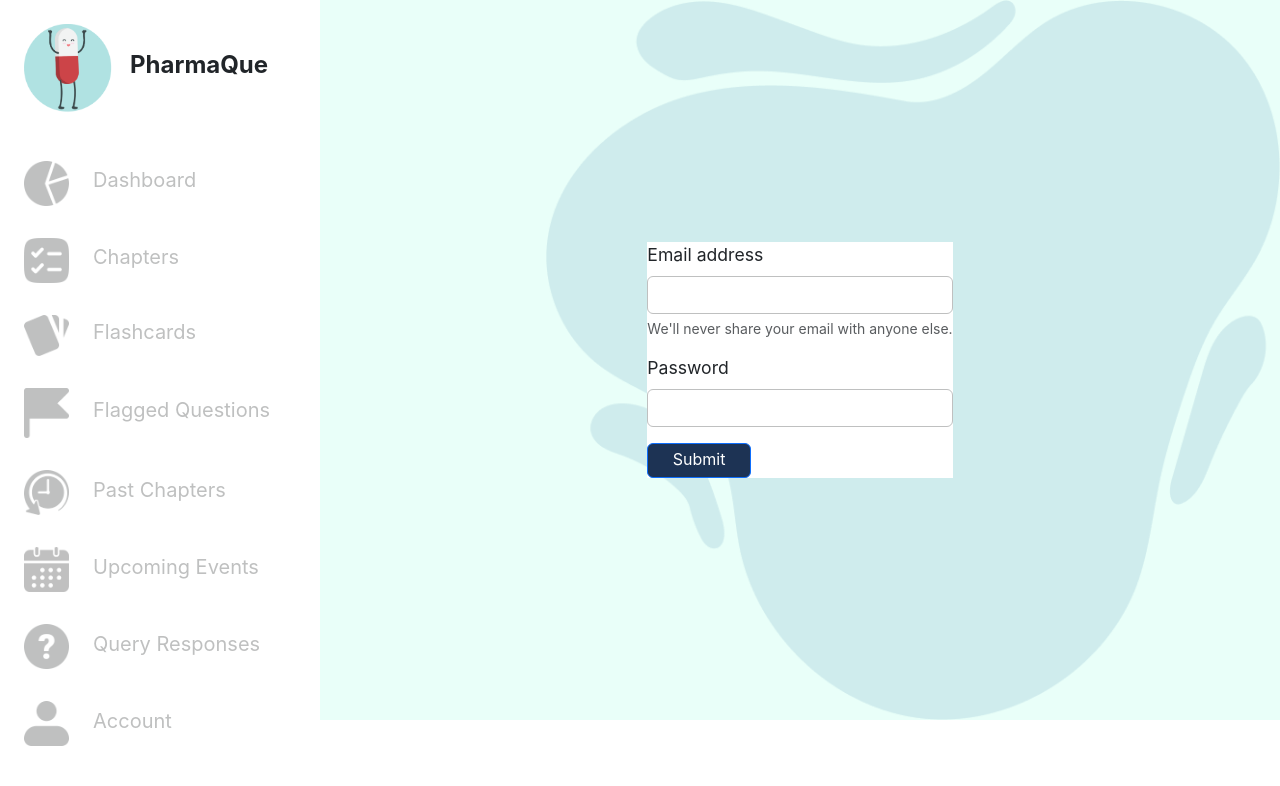
Repository: Kronium345/new_pharmaque_web_app
Page: /chat-room
An editor plug-in stored every save of this project. The page is shown before and after the next save, followed by the edit.
The browser window is 1280 px wide. The pictures show the whole page.
The page's requests for data from a server got no answer. The project was rebuilt for these pictures with package versions that can differ from the ones it lists, and the page was loaded fresh each time. No one was signed in, and anything a server would have sent is missing. Also part of the build but not shown: src/pages/Login.js, src/pages/MyAccount.js, src/pages/UpcomingEvents.js, src/pages/UpcomingEvents2.js, src/pages/Chapters.js, src/pages/Dashboard.js, src/pages/FlaggedQuestions.js, src/pages/FlashcardQuestion.js and 33 more.

Above is the page before, as saved 2024-03-10 21:40:25.

### public/index.html
<!DOCTYPE html>
<html lang="en">
  <head>
    <meta charset="utf-8" />
    <link rel="icon" type="image/x-icon" href="images/favicon.ico">
    <link href="https://cdn.jsdelivr.net/npm/bootstrap@5.3.2/dist/css/bootstrap.min.css" rel="stylesheet" integrity="sha384-T3c6CoIi6uLrA9TneNEoa7RxnatzjcDSCmG1MXxSR1GAsXEV/Dwwykc2MPK8M2HN" crossorigin="anonymous">
    <link href="style.css" rel="stylesheet">
    <meta name="viewport" content="width=device-width, initial-scale=1" />
    <meta name="theme-color" content="#000000" />
    <meta
      name="description"
      content="Web site created using create-react-app"
    />
    <link rel="apple-touch-icon" href="%PUBLIC_URL%/logo192.png" />
    <!--
      manifest.json provides metadata used when your web app is installed on a
      user's mobile device or desktop. See https://developers.google.com/web/fundamentals/web-app-manifest/
    -->
    <link rel="manifest" href="%PUBLIC_URL%/manifest.json" />
    <!--
      Notice the use of %PUBLIC_URL% in the tags above.
      It will be replaced with the URL of the `public` folder during the build.
      Only files inside the `public` folder can be referenced from the HTML.

      Unlike "/favicon.ico" or "favicon.ico", "%PUBLIC_URL%/favicon.ico" will
      work correctly both with client-side routing and a non-root public URL.
      Learn how to configure a non-root public URL by running `npm run build`.
    -->
    <title>PharmaQue Web App</title>
  </head>
  <body>
    <noscript>You need to enable JavaScript to run this app.</noscript>
    <div id="root"></div>
    <!--
      This HTML file is a template.
      If you open it directly in the browser, you will see an empty page.

      You can add webfonts, meta tags, or analytics to this file.
      The build step will place the bundled scripts into the <body> tag.

      To begin the development, run `npm start` or `yarn start`.
      To create a production bundle, use `npm run build` or `yarn build`.
    -->

    <script src = "script.js"></script>
  </body>
</html>

### src/App.js
import Login from "./pages/Login";
import MyAccount from "./pages/MyAccount";
import UpcomingEvents from "./pages/UpcomingEvents";
import UpcomingEvents2 from "./pages/UpcomingEvents2";
import Chapters from "./pages/Chapters";
import Dashboard from "./pages/Dashboard";
import FlaggedQuestions from "./pages/FlaggedQuestions";
import FlashcardQuestion from "./pages/FlashcardQuestion";
import Flashcards from "./pages/Flashcards";
import ForgotPassword from "./pages/ForgotPassword";
import ForgotPassword2 from "./pages/ForgotPassword2";
import ForgotPassword3 from "./pages/ForgotPassword3";
import ForgotPassword4 from "./pages/ForgotPassword4";
import ResetPassword from "./pages/ResetPassword";
import PastChapters from "./pages/PastChapters";
import QueryResponses from "./pages/QueryResponses";
import CardioQuestion from "./pages/CardioQuestion";
import Results from "./pages/Results";
import SignUp from "./pages/SignUp";
import SignUp2 from "./pages/SignUp2";
import SignUp3 from "./pages/SignUp3";
import SignUp4 from "./pages/SignUp4";
import SignUp5 from "./pages/SignUp5";
// import QuizView from './pages/QuizView/QuizView';
// import ScoreView from './pages/ScoreView/ScoreView';
// import PastChapters from "./pages/PastChapters";

import { BrowserRouter as Router, Route, Routes } from "react-router-dom";
import "./App.css";
import CNSQuestion from "./pages/CNSQuestion";
import InfectionQuestion from "./pages/InfectionQuestion";
import RespiratoryQuestion from "./pages/RespiratoryQuestion";
import EndocrineQuestion from "./pages/EndocrineQuestion";
import AnaesthesiaQuestion from "./pages/AnaesthesiaQuestion";
import SkinQuestion from "./pages/SkinQuestion";
import NBQuestion from "./pages/NBQuestion";
import OphthalmologyQuestion from "./pages/OphthalmologyQuestion";
import MDIQuestion from "./pages/MDIQuestion";
import OGUQuestion from "./pages/OGUQuestion";
import MSKQuestion from "./pages/MSKQuestion";
import IPVQuestion from "./pages/IPVQuestion";
import ChatRoom from "./pages/ChatRoom";

function App() {
  return (
    <Router>
      <Routes>
        <Route exact path="/" Component={Login} />
        <Route path="/myaccount" Component={MyAccount} />
        <Route path="/upcomingevents" Component={UpcomingEvents} />
        <Route path="/upcomingevents2" Component={UpcomingEvents2} />
        <Route path="/chapters" Component={Chapters} />
        <Route path="/dashboard" Component={Dashboard} />
        <Route path="/flaggedquestions" Component={FlaggedQuestions} />
        <Route path="/flashcardquestion" Component={FlashcardQuestion} />
        <Route path="/flashcards" Component={Flashcards} />
        <Route path="/forgotpassword" Component={ForgotPassword} />
        <Route path="/forgotpassword2" Component={ForgotPassword2} />
        <Route path="/forgotpassword3" Component={ForgotPassword3} />
        <Route path="/forgotpassword4" Component={ForgotPassword4} />
        <Route path="/resetpassword/:token" Component={ResetPassword} />
        <Route path="/pastchapters" Component={PastChapters} />
        <Route path="/queryresponses" Component={QueryResponses} />
        <Route path="/cardioquestion" Component={CardioQuestion} />
        <Route path="/cnsquestion" Component={CNSQuestion} />
        <Route path="/infectionquestion" Component={InfectionQuestion} />
        <Route path="/respiratoryquestion" Component={RespiratoryQuestion} />
        <Route path="/endocrinequestion" Component={EndocrineQuestion} />
        <Route path="/anaesthesiaquestion" Component={AnaesthesiaQuestion} />
        <Route path="/skinquestion" Component={SkinQuestion} />
        <Route path="/nbquestion" Component={NBQuestion} />
        <Route
          path="/ophthalmologyquestion"
          Component={OphthalmologyQuestion}
        />
        <Route path="/mdiquestion" Component={MDIQuestion} />
        <Route path="/oguquestion" Component={OGUQuestion} />
        <Route path="/mskquestion" Component={MSKQuestion} />
        <Route path="/ipvquestion" Component={IPVQuestion} />
        <Route path="/results" Component={Results} />
        <Route path="/signup" Component={SignUp} />
        <Route path="/signup2" Component={SignUp2} />
        <Route path="/signup3" Component={SignUp3} />
        <Route path="/signup4" Component={SignUp4} />
        <Route path="/signup5" Component={SignUp5} />
        <Route path="/chat-room" Component={ChatRoom} />
      </Routes>
    </Router>
  );
}

export default App;

### src/pages/ChatRoom.js
// import React from "react";
// import "./chatRoom.scss";

// export default function ChatRoom() {
//   return (
//     <div class="chat">
//       <div class="contact bar">
//         <div class="name">Tony Stark</div>
//         <div class="seen">Today at 12:56</div>
//       </div>
//       <div class="messages" id="chat">
//         {/* <div class="time">Today at 11:41</div> */}
//         <div class="message parker">Hey, man! What's up, Mr Stark? 👋</div>
//         <div class="message stark">Kid, where'd you come from?</div>
//         <div class="message parker">Field trip! 🤣</div>
//         <div class="message parker">
//           Uh, what is this guy's problem, Mr. Stark? 🤔
//         </div>
//         <div class="message stark">
//           Uh, he's from space, he came here to steal a necklace from a wizard.
//         </div>
//       </div>
//       <div class="input">
//         <input placeholder="Type your message here!" type="text" />
//         <button className="btn send-button">Send</button>
//       </div>
//     </div>
//   );
// }

import axios from "axios";
import React, { useEffect } from "react";
import { useNavigate, Link } from "react-router-dom";

import "./chatRoom.scss";

const ChatRoom = () => {
  const navigate = useNavigate("");
  const [joined, setJoined] = React.useState(false);

  axios.defaults.withCredentials = true;
  useEffect(() => {
    axios.get("http://localhost:7171/auth/verify").then((res) => {
      if (res.data.status) {
      } else {
        navigate("/myaccount");
      }
    });
  }, []);

  return (
    <main>
      <div class="container-fluid p-0">
        <div class="row g-0">
          <div class="col-sm-3 leftnavigation p-4">
            <Link class="navbar-brand" to="/flaggedquestions">
              <img src="images/Logo.png" alt="PharmaQue Logo" class="logo1" />
              <span class="fs-4 fw-bold mx-3">PharmaQue</span>
            </Link>
            <Link to="/dashboard" class="removeunderline inactivelink">
              <p class="pt-5 pb-3 m-0">
                <img
                  src="images/DashboardGrey.png"
                  class="navigationicon"
                  alt="navigation"
                />
                <span class="fs-5 navigationoption mx-4">Dashboard</span>
              </p>
            </Link>
            <Link to="/chapters" class="removeunderline inactivelink">
              <p class="py-3 m-0">
                <img
                  src="images/ChaptersGrey.png"
                  class="navigationicon"
                  alt="navigation"
                />
                <span class="fs-5 navigationoption mx-4">Chapters</span>
              </p>
            </Link>
            <Link to="/flashcards" class="removeunderline inactivelink">
              <p class="py-3 m-0">
                <img
                  src="images/FlashcardsGrey.png"
                  class="navigationicon"
                  alt="navigation"
                />
                <span class="fs-5 navigationoption mx-4">Flashcards</span>
              </p>
            </Link>
            <Link to="/flaggedquestions" class="removeunderline inactivelink">
              <p class="py-3 m-0">
                <img
                  src="/images/FlaggedQuestionsGrey.png"
                  class="navigationicon"
                  alt="navigation"
                />
                <span class="fs-5 navigationoption mx-4">
                  Flagged Questions
                </span>
              </p>
            </Link>
            <Link to="/pastchapters" class="removeunderline inactivelink">
              <p class="py-3 m-0">
                <img
                  src="images/PastChaptersGrey.png"
                  class="navigationicon"
                  alt="navigation"
                />
                <span class="fs-5 navigationoption mx-4">Past Chapters</span>
              </p>
            </Link>
            <Link to="/upcomingevents" class="removeunderline inactivelink">
              <p class="py-3 m-0">
                <img
                  src="images/UpcomingEventsGrey.png"
                  class="navigationicon"
                  alt="navigation"
                />
                <span class="fs-5 navigationoption mx-4">Upcoming Events</span>
              </p>
            </Link>
            <Link to="/queryresponses" class="removeunderline inactivelink">
              <p class="py-3 m-0">
                <img
                  src="images/QueryResponsesGrey.png"
                  class="navigationicon"
                  alt="navigation"
                />
                <span class="fs-5 navigationoption mx-4">Query Responses</span>
              </p>
            </Link>
            <Link to="/myaccount" class="removeunderline inactivelink">
              <p class="py-3 m-0">
                <img
                  src="images/AccountGrey.png"
                  class="navigationicon"
                  alt="navigation"
                />
                <span class="fs-5 navigationoption mx-4">Account</span>
              </p>
            </Link>
          </div>
          <div className="col-sm-12 col-md-9">
            {joined ? (
              <div class="chat">
                <div class="contact bar">
                  <div class="name">Tony Stark</div>
                  <div class="seen">Today at 12:56</div>
                </div>
                <div class="messages" id="chat">
                  {/* <div class="time">Today at 11:41</div> */}
                  <div class="message parker">
                    Hey, man! What's up, Mr Stark? 👋
                  </div>
                  <div class="message stark">Kid, where'd you come from?</div>
                  <div class="message parker">Field trip! 🤣</div>
                  <div class="message parker">
                    Uh, what is this guy's problem, Mr. Stark? 🤔
                  </div>
                  <div class="message stark">
                    Uh, he's from space, he came here to steal a necklace from a
                    wizard.
                  </div>
                </div>
                <div class="input">
                  <input placeholder="Type your message here!" type="text" />
                  <button className="btn send-button">Send</button>
                </div>
              </div>
            ) : (
              <div className="mainbg d-flex justify-content-center align-items-center  ">
                <form className="bg-white">
                  <div class="mb-3">
                    <label for="exampleInputEmail1" class="form-label">
                      Email address
                    </label>
                    <input
                      type="email"
                      class="form-control"
                      id="exampleInputEmail1"
                      aria-describedby="emailHelp"
                    />
                    <div id="emailHelp" class="form-text">
                      We'll never share your email with anyone else.
                    </div>
                  </div>
                  <div class="mb-3">
                    <label for="exampleInputPassword1" class="form-label">
                      Password
                    </label>
                    <input
                      type="password"
                      class="form-control"
                      id="exampleInputPassword1"
                    />
                  </div>

                  <button type="submit" class="btn btn-primary">
                    Submit
                  </button>
                </form>
              </div>
            )}
          </div>
        </div>
      </div>

      <script src="script.js"></script>
    </main>
  );
};

export default ChatRoom;

### src/quiz-styles/reset.css
.mainbg {
    background-image: url("./Blob.png");
    background-repeat: no-repeat;
    background-position: right;
    background-size: contain;
    background-color: #E9FFF9;
    min-height: 100vh;
}

.logo {

    max-width: 100px;
}

.smallicon {
    max-width: 25px;
    max-height: auto;
}

.smallericon {
    max-width: 20px;
    max-height: auto;
}

.tinyicon {
    max-width: 10px;
    max-height: auto;
}

.leftside {
    background-color: white;
    border-top-left-radius: 2%;
    border-bottom-left-radius: 2%;
}

.rightside {
    background-color: #9ED8D8;
    border-top-right-radius: 2%;
    border-bottom-right-radius: 2%;
}

.leftalign {
    text-align: left;
}

.form-label {
    font-size: 1.1rem;
}


.floatright {
    float: right;
}

.link {
    text-decoration: none;
    color: #212529;
}

.link:hover {
    font-weight: bold;
    text-decoration: underline;
}

.btn-primary {
    background-color: #1D3354;
    padding-top: 1%;
    padding-bottom: 2%;
    padding-left: 8%;
    padding-right: 8%;
}

.back {
    padding-left: 0%;
}

.btn-primary:hover {
    background-color: #212529;

}

### public/style.css
body {
  font: Helvetica;
}

.center {
  text-align: center;
}


.logo {

  max-width: 100px;
}

.logo1 {
  max-width: 90px;
}

.icon {
  max-width: 80px;
}

.midsizeicon {
  max-width: 70px;
}

.littlemidsizeicon {
  max-width: 60px;
}

.mediumicon {
  max-width: 40px;
}

.moderateicon {
  max-width: 30px;
}

.inline {
  display: inline !important;
}

.mainbg {
  background-image: url(images/Blob.png);
  background-repeat: no-repeat;
  background-position: right;
  background-size: contain;
  background-color: #E9FFF9;
}

.smallicon {
  max-width: 25px;
  max-height: auto;
}

.smallericon {
  max-width: 20px;
  max-height: auto;
}

.tinyicon {
  max-width: 10px;
  max-height: auto;
}

.leftside {
  background-color: white;
  border-top-left-radius: 2%;
  border-bottom-left-radius: 2%;
}

.rightside {
  background-color: #9ED8D8;
  border-top-right-radius: 2%;
  border-bottom-right-radius: 2%;
}

.leftalign {
  text-align: left;
}

.form-label {
  font-size: 1.1rem;
}


.floatright {
  float: right;
}

.link {
  text-decoration: none;
  color: #212529;
}

.link:hover {
  font-weight: bold;
  text-decoration: underline;
}

.btn-primary {
  background-color: #1D3354;
  padding-top: 1%;
  padding-bottom: 2%;
  padding-left: 8%;
  padding-right: 8%;
}

.back {
  padding-left: 0%;
}

.btn-primary:hover {
  background-color: #212529;

}

@media only screen and (max-width: 576px) {

  .leftside {
    background-color: white;
    border-top-left-radius: 2%;
    border-top-right-radius: 2%;

    border-bottom-left-radius: 0%;
    border-bottom-right-radius: 0%;

  }

  .rightside {
    background-color: #9ED8D8;
    border-bottom-left-radius: 2%;
    border-bottom-right-radius: 2%;

    border-top-left-radius: 0%;
    border-top-right-radius: 0%;
  }

  .back {
    padding-left: 0%;
    float: left !important;
    margin-top: 0% !important;
  }

}

.leftnavigation {
  background-color: #FFFFFF;
  min-height: 100vh;
}

.maincontent {
  background-color: #A9E2E2;
  min-height: 100vh;
}

.navigationicon {
  max-width: 45px;
  display: inline;
}

.navigationoption {
  display: inline;

}

.removeunderline {
  text-decoration: none;
}

.removeunderline:hover {
  text-decoration: underline;
}

.activelink {
  color: #1D3354;
}

.activelink:hover {
  color: #1D3354;
  font-weight: bold;
}

.inactivelink {
  color: #BFC0C0;
}

.inactivelink:hover {
  color: #BFC0C0;
  font-weight: bold;
}

.navybluetext {
  color: #1D3354;
}

.greytext {
  color: #475467;
}

.card {
  border: 0px;
}

.circular-progress {

  --size: 240px;
  --half-size: calc(var(--size) / 2);
  --stroke-width: 30px;
  --radius: calc((var(--size) - var(--stroke-width)) / 2);
  --circumference: calc(var(--radius) * pi * 2);
  --dash: calc((var(--progress) * var(--circumference)) / 100);
  animation: progress-animation 1s linear 0s 1 forwards;
}

.circular-progress circle {
  cx: var(--half-size);
  cy: var(--half-size);
  r: var(--radius);
  stroke-width: var(--stroke-width);
  fill: none;
  stroke-linecap: round;
}

.circular-progress circle.bg {
  stroke: #ddd;
}

.circular-progress circle.fg {
  transform: rotate(-90deg);
  transform-origin: var(--half-size) var(--half-size);
  stroke-dasharray: var(--dash) calc(var(--circumference) - var(--dash));
  transition: stroke-dasharray 0.3s linear 0s;
  stroke: #1D3354;
}

@property --progress {
  syntax: "<number>";
  inherits: false;
  initial-value: 0;
}

@keyframes progress-animation {
  from {
    --progress: 0;
  }

  to {
    --progress: 25;
  }
}

.borderbottom {
  border-bottom: 1px solid #BFC0C0;
}

.bordertop {
  border-top: 1px solid #BFC0C0;
}

.halveopacity {
  opacity: 50%;
}

.navybluebg {
  background-color: #1D3354;
}

.whitetext {
  color: #FFFFFF;
}

.borderradius {
  border-radius: 10px;
}

.form-control {
  border-right: solid 1px #1D3354;
  border-top: solid 1px #1D3354;
  border-bottom: solid 1px #1D3354;
  border-left: 0px;
}

.input-group-text {
  background-color: #FFFFFF;
  border-left: solid 1px #1D3354;
  border-top: solid 1px #1D3354;
  border-bottom: solid 1px #1D3354;
  border-right: 0px;
}

.mediumbluebg {
  background-color: #4A5C76;
}

.whitebg {
  background-color: #FFFFFF;
}

.pseudobutton {
  border-radius: 6px;
  max-width: 158px;
}

.redtext {
  color: #E0243C;
}

.mediumbluetext {
  color: #467599;
}

.btn-secondary {
  width: 50%;
  border: 1px solid #BFC0C0;
  border-radius: 10px;
  background-color: #FFFFFF;
  text-align: left;
  color: #1D3354;
}

.btn-secondary:hover {
  width: 50%;
  border: 1px solid #999A9A;
  border-radius: 10px;
  background-color: #DDDDDD;
  text-align: left;
  color: #1D3354;
}

.btn-deactivated {
  background-color: #BFC0C0;
  color: #FFFFFF;
}


.btn-deactivated:hover {
  background-color: #999A9A;
  color: #FFFFFF;
}

.fitcontent {
  width: fit-content;
}

.form-control {
  border: solid 1px #BFC0C0;
}

.aligntop {
  vertical-align: top;
}

.buttonstyle {
  background-color: transparent;
  border: none;
  padding: 0px;
  margin: 0px;
}

.navybluebg {
  background-color: #1D3354;
}

.frontcardbg {
  background-color: #D9D9D9;
  border-radius: 10px;

}

.flipbutton {
  background-color: transparent;
  border: none;
}

.backcardbg {
  background-color: #1D3354;
  border-radius: 10px;
  transform: rotateY(180deg);
  position: absolute;
  width: 100%;
}

.maincard {
  transform-style: preserve-3d;
  transform-origin: center right;
  transition: all 0.5s;
}

.bothcards {
  backface-visibility: hidden;
}

.flipped {
  transform: translateX(-100%) rotateY(-180deg);
}

.hide {
  display: none;
}

.rotate {
  transform: rotate(180deg);
}

.lightgrey {
  background-color: #D2D6DD;
  border-radius: 8px;

}

.addeventbutton {
  background-color: transparent;
  border: none;
}

.floatleft {
  float: left;
}

.btn-tertiary {
  background-color: #4A5C76;
  color: #FFFFFF;
  border-radius: 10px;
  width: 25%;
  border: 0px;
}

.btn-tertiary:hover {
  background-color: #313d4e;
  color: #FFFFFF;
}

.mediumnavytext {
  color: #4A5C76;
}

.btn-outline-secondary {
  background-color: #4A5C76;
  color: #FFFFFF;
  border-radius: 0px 10px 10px 0px;
}

.btn-outline-secondary:hover {
  background-color: #313d4e;
  color: #FFFFFF;
}

.form-select {
  border: 1px solid #BFC0C0;
}

.progress {
  background-color: #FFFFFF;
}

.progress-bar {
  background-color: #1D3354;
}

.form-check {
  background-color: #FFFFFF;
  border: solid 1.5px #BFC0C0;
  border-radius: 10px;
}


.form-check-input {
  float: right !important;
  border: 1.5px solid #1D3354;

}

.form-check-input:checked {
  background-color: #1D3354;
  border-color: #1D3354;
}


input[type="radio"]:checked+label {
  border: 4px solid #1D3354;
  border-radius: 50%;
}

.pointercursor {
  cursor: pointer;
}

.verticalcenter {
  display: flex;
  align-items: center;
}

.halfopacity {
  opacity: 50%;
}

.fullborder {
  border: 1px solid #BFC0C0;
  border-radius: 10px;
}

.checkboxsize {
  width: 16px;
  height: 16px;
  accent-color: #1D3354;
}

.flip-card {
  background-color: transparent;
  width: 100%;
  height: 100%;
  border-radius: 10px;
  z-index: 10000;
}

.flip-card-inner {
  position: relative;
  width: 100%;
  min-height: 200px;
  text-align: center;
  transition: transform 0.6s;
  transform-style: preserve-3d;
}

.flip-card-front,
.flip-card-back {
  position: absolute;
  width: 100%;
  -webkit-backface-visibility: hidden;
  backface-visibility: hidden;
}

.flip-card-front {
  background-color: #bbb;
  border-radius: 10px;
  color: black;
}

.flip-card-back {
  background-color: #2980b9;
  color: white;
  transform: rotateY(180deg);
}

### public/script.js
const tile = document.querySelector(".maincard");

tile.addEventListener("click", function () {
  tile.classList.toggle("flipped");
});

function toggleQuestion() {
  var element = document.querySelector(".questionholder");
  element.classList.toggle("hide");

  var x = document.querySelector(".questionshowingtext");
  if (x.innerHTML === "Show Question") {
    x.innerHTML = "Hide Question";
  } else {
    x.innerHTML = "Show Question";
  }

  var y = document.querySelector(".showquestionicon");
  y.classList.toggle("rotate");
}

Loaded but not shown: src/index.js (common file); src/index.css (common file); src/reportWebVitals.js (common file)

After the next save:
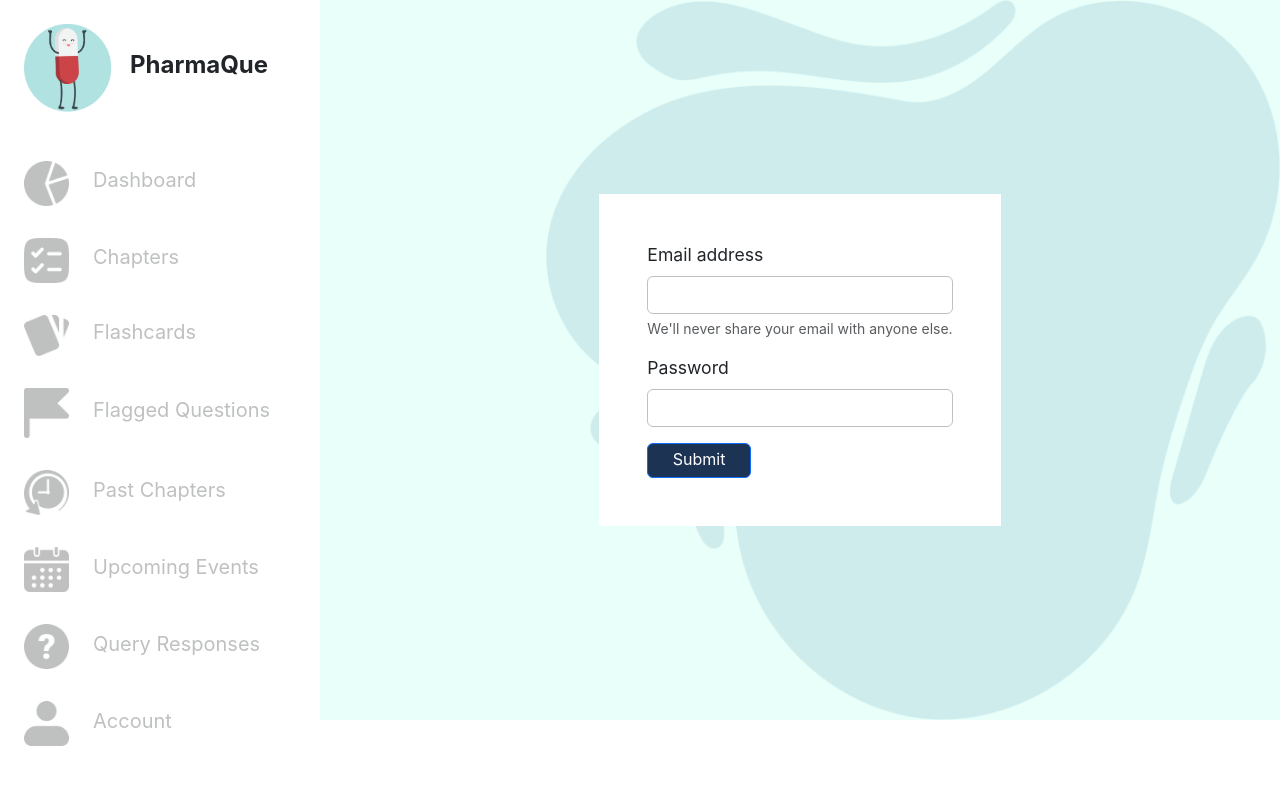
Saved 6 s later.
--- a/src/pages/ChatRoom.js
+++ b/src/pages/ChatRoom.js
@@ -169,7 +169,7 @@ const ChatRoom = () => {
               </div>
             ) : (
               <div className="mainbg d-flex justify-content-center align-items-center  ">
-                <form className="bg-white">
+                <form className="bg-white p-5">
                   <div class="mb-3">
                     <label for="exampleInputEmail1" class="form-label">
                       Email address
